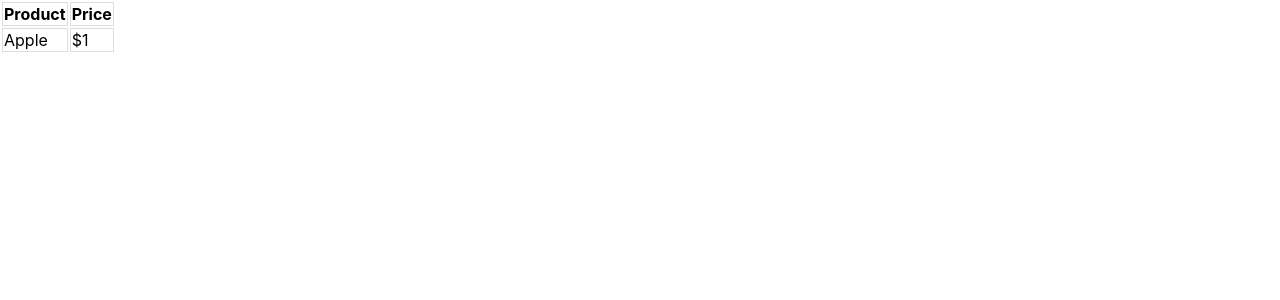
Repository: mariocapitbrok/reactjs-learn
Page: / (app in 05_filtered-data-table/)
The author's editor kept a copy of each file at every save. The page is drawn from the files as they stood at one save, then again after the next save.
The browser window is 1280 px wide. The pictures show the whole page.
The project was rebuilt for these pictures with package versions that can differ from the ones it lists, and the page was loaded fresh each time.

Above is the page before, as saved 2023-02-25 20:32:34.

After the next save:
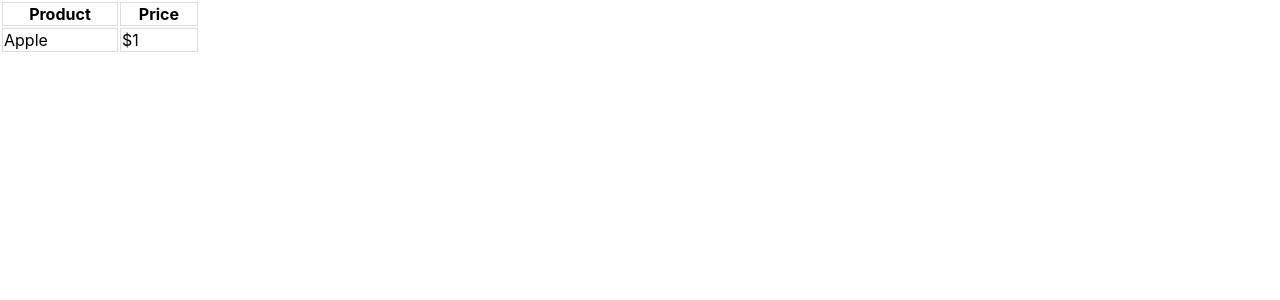
Saved 26 s later.
--- a/05_filtered-data-table/src/App.css
+++ b/05_filtered-data-table/src/App.css
@@ -1,6 +1,6 @@
 
 #products {
-  min-width: 20px;
+  min-width: 200px;
 }
 #products th, #products td {
   border: 1px solid #ddd;
